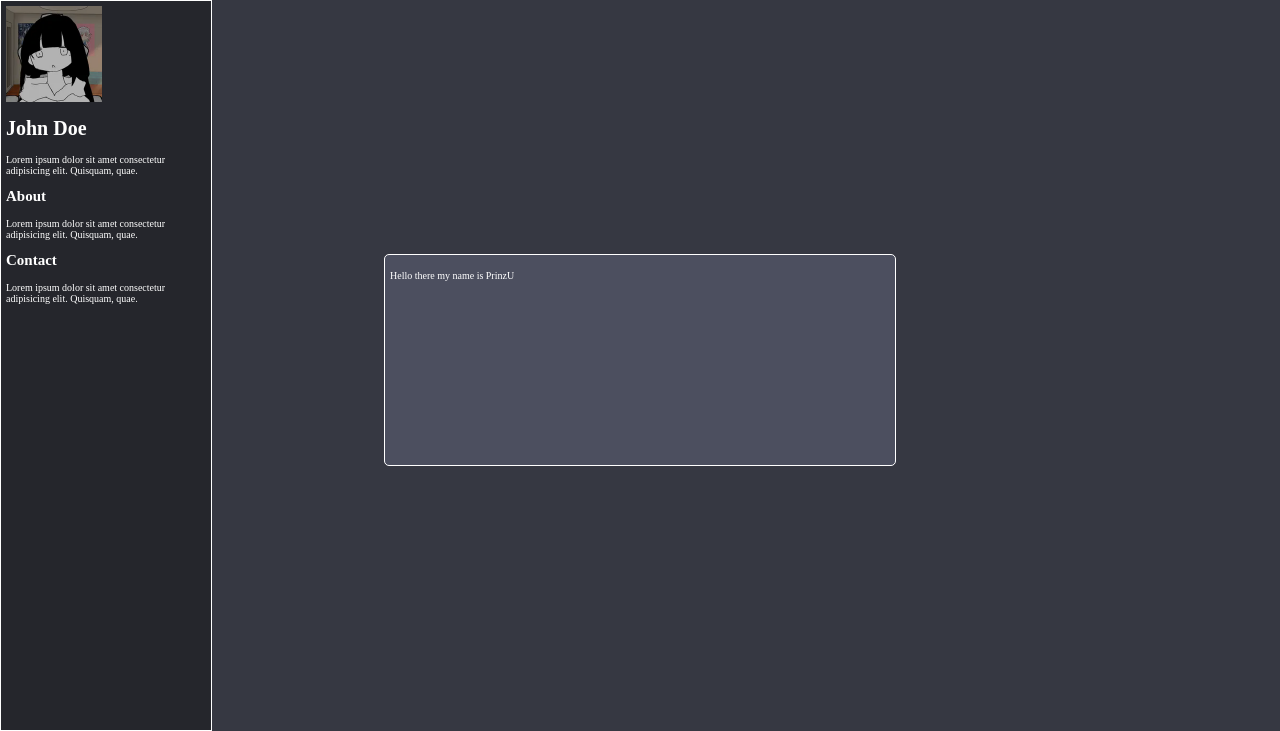
Repository: PrinzAI/PrinzAI.github.io
Page: index.html
An editor plug-in stored every save of this project. The page is shown before and after the next save, followed by the edit.
The browser window is 1280 px wide. The pictures show the whole page.
Some web fonts or font styles are not loaded; a fallback is used.

Above is the page before, as saved 2022-10-19 11:28:44.

### index.html
<!DOCTYPE html>
<html lang="en">
<head>
    <meta charset="UTF-8">
    <meta http-equiv="X-UA-Compatible" content="IE=edge">
    <meta name="viewport" content="width=device-width, initial-scale=1.0">

    <!-- external css -->
    <link rel="stylesheet" href="css/index.css">


    <title>Welcome to the Future</title>
</head>
<body>
    <!-- Create a sidebar with a profile picture on the top most part of the div, and with a few paragraphs with lorem ipsum -->
    <div class="sidebar">
        <div class="profile">
            <img src="images/profile.png" alt="profile picture">
            <h1>John Doe</h1>
            <p>Lorem ipsum dolor sit amet consectetur adipisicing elit. Quisquam, quae.</p>
        </div>
        <div class="about">
            <h2>About</h2>
            <p>Lorem ipsum dolor sit amet consectetur adipisicing elit. Quisquam, quae.</p>
        </div>
        <div class="contact">
            <h2>Contact</h2>
            <p>Lorem ipsum dolor sit amet consectetur adipisicing elit. Quisquam, quae.</p>
        </div>
    </div>

    <div class="first-container">
        <p>Hello there my name is PrinzU</p>
    </div>
</body>
</html>

### css/index.css
@import url('https://fonts.googleapis.com/css2?family=Fuzzy+Bubbles&display=swap');

:root{
    background-color: rgba(54,56,66,1);
    color: white;
    font-family: 'Fuzzy Bubbles', cursive;
}

/*Sidebar with a class styling*/
.sidebar{
    position: absolute;
    background-color: rgb(37, 38, 44);
    top: 0;
    left: 0;
    width: 200px;
    height: calc(100% - 1px);
    font-size: 10px;
    padding: 5px;
    border: 1px solid white;
}
.profile{
    position: relative;
    width: 100%;
}


.first-container{
    /*Create a container that is in the center of the screen */
    position: absolute;
    top: 50%;
    left: 50%;
    transform: translate(-50%, -50%);
    width: 500px;
    height: 200px;
    background-color: rgb(76, 79, 95);
    border: 1px solid white;
    border-radius: 5px;
    padding: 5px;
    font-size: 10px;
}

After the next save:
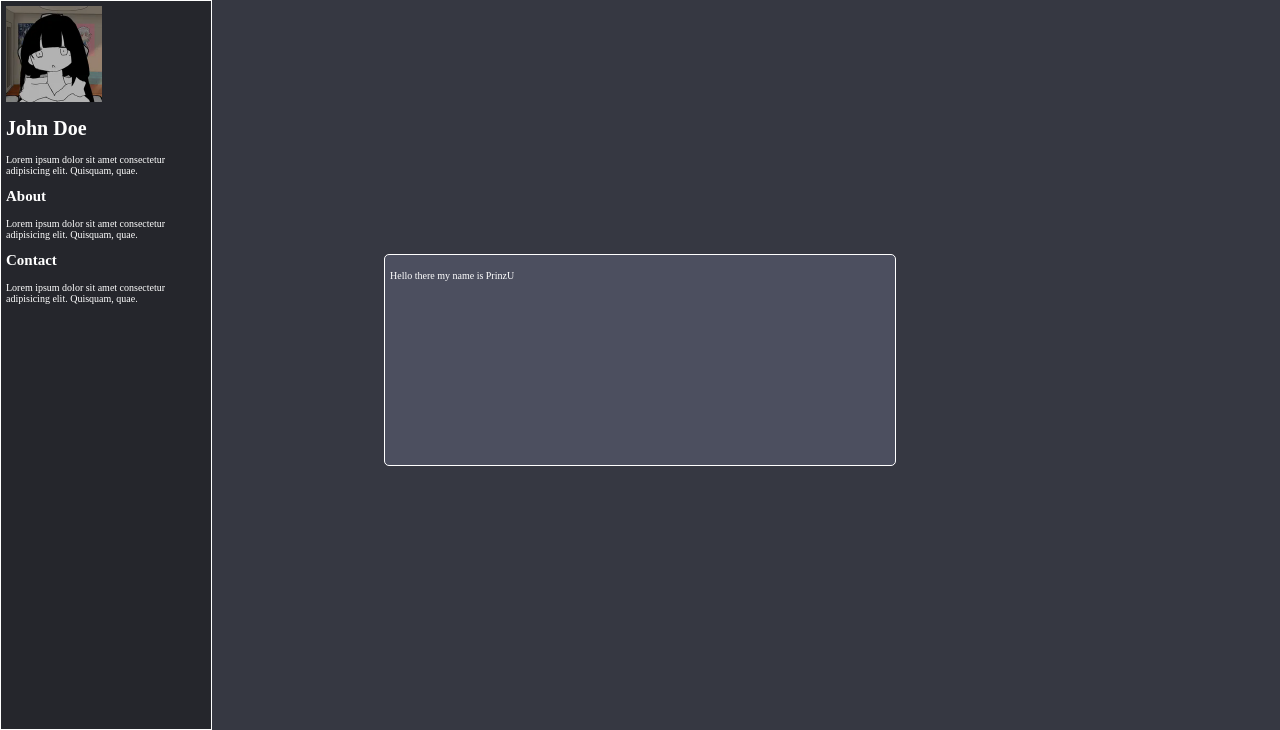
Saved 88 s later.
--- a/css/index.css
+++ b/css/index.css
@@ -13,7 +13,7 @@
     top: 0;
     left: 0;
     width: 200px;
-    height: calc(100% - 1px);
+    height: calc(100% - 2px);
     font-size: 10px;
     padding: 5px;
     border: 1px solid white;
